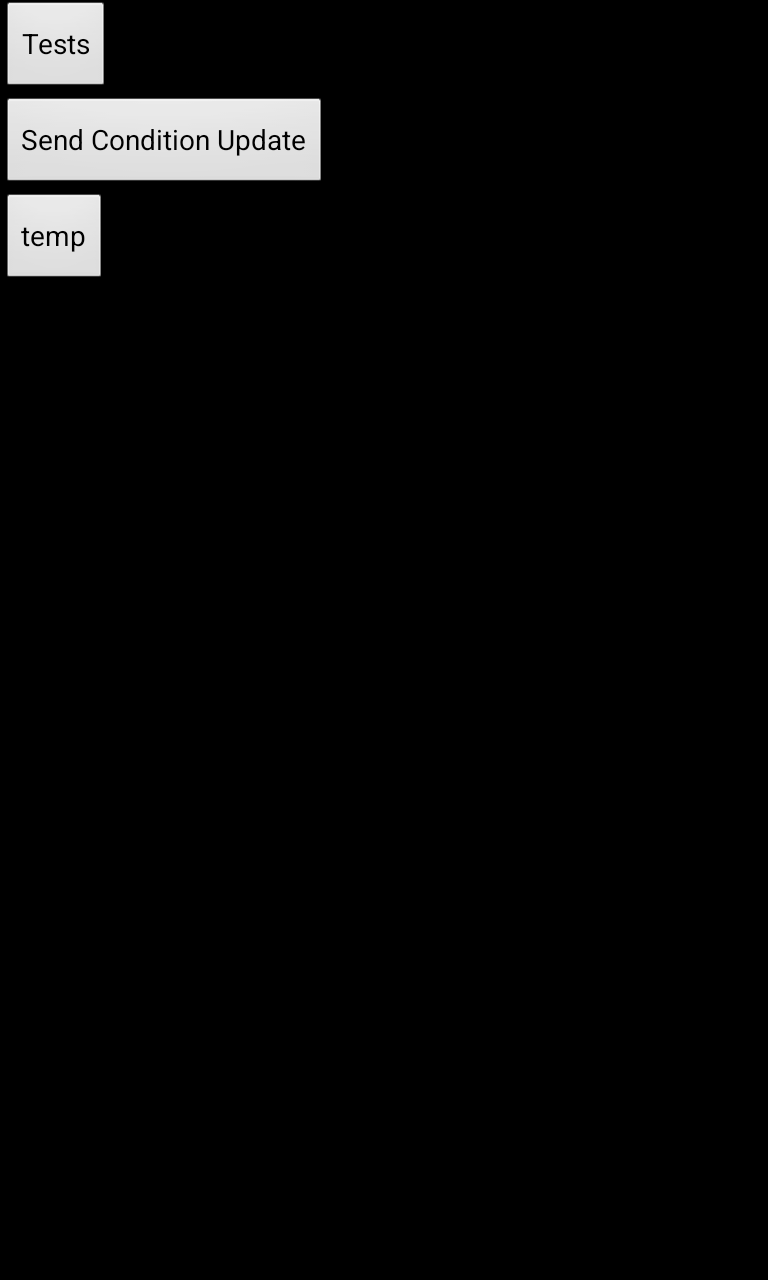
Repository: nuces-acm/DevFest-12-Team-9
Layout: data/Eclipse Workspace of android/Devfest/DCSClientApp/res/layout/main.xml
These files come from the project's save history. The layout is drawn as it stood at one moment and after the next save; the edit follows.
It is drawn on a 768 x 1280 px phone screen (xhdpi) without system bars, with theme android:Theme; the app's code is not run.

Above is the layout before, as saved 2012-03-31 15:41:03.

### data/Eclipse Workspace of android/Devfest/DCSClientApp/res/layout/main.xml
<?xml version="1.0" encoding="utf-8"?>
<LinearLayout xmlns:android="http://schemas.android.com/apk/res/android"
    android:layout_width="match_parent"
    android:layout_height="match_parent"
    android:orientation="vertical" >

    <Button
        android:id="@+id/testsButton"
        android:layout_width="wrap_content"
        android:layout_height="wrap_content"
        android:text="Tests" />

    <Button
        android:id="@+id/sendConditionButton"
        android:layout_width="wrap_content"
        android:layout_height="wrap_content"
        android:text="Send Condition Update" />

    <Button
        android:id="@+id/button3"
        android:layout_width="wrap_content"
        android:layout_height="wrap_content"
        android:text="temp" />

</LinearLayout>

After the next save:
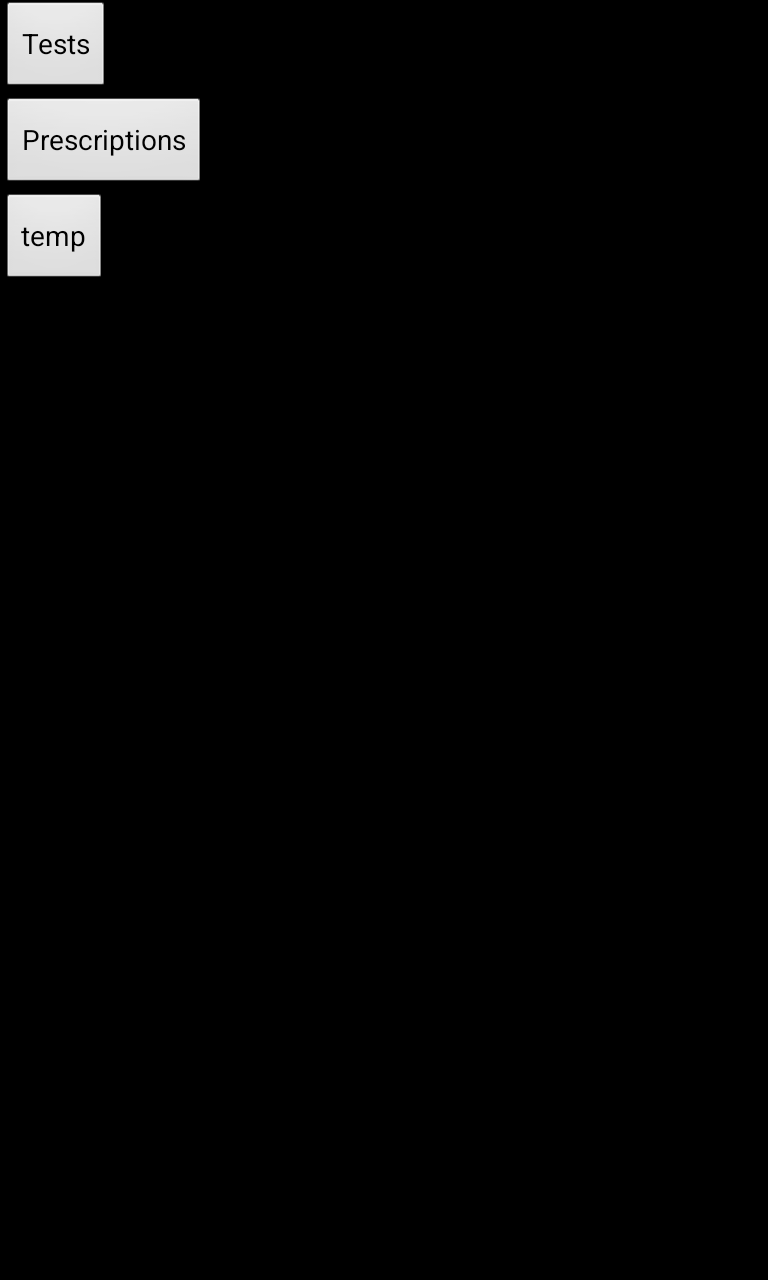
Saved 110 s later.
--- a/data/Eclipse Workspace of android/Devfest/DCSClientApp/res/layout/main.xml
+++ b/data/Eclipse Workspace of android/Devfest/DCSClientApp/res/layout/main.xml
@@ -14,7 +14,7 @@
         android:id="@+id/sendConditionButton"
         android:layout_width="wrap_content"
         android:layout_height="wrap_content"
-        android:text="Send Condition Update" />
+        android:text="Prescriptions" />
 
     <Button
         android:id="@+id/button3"
